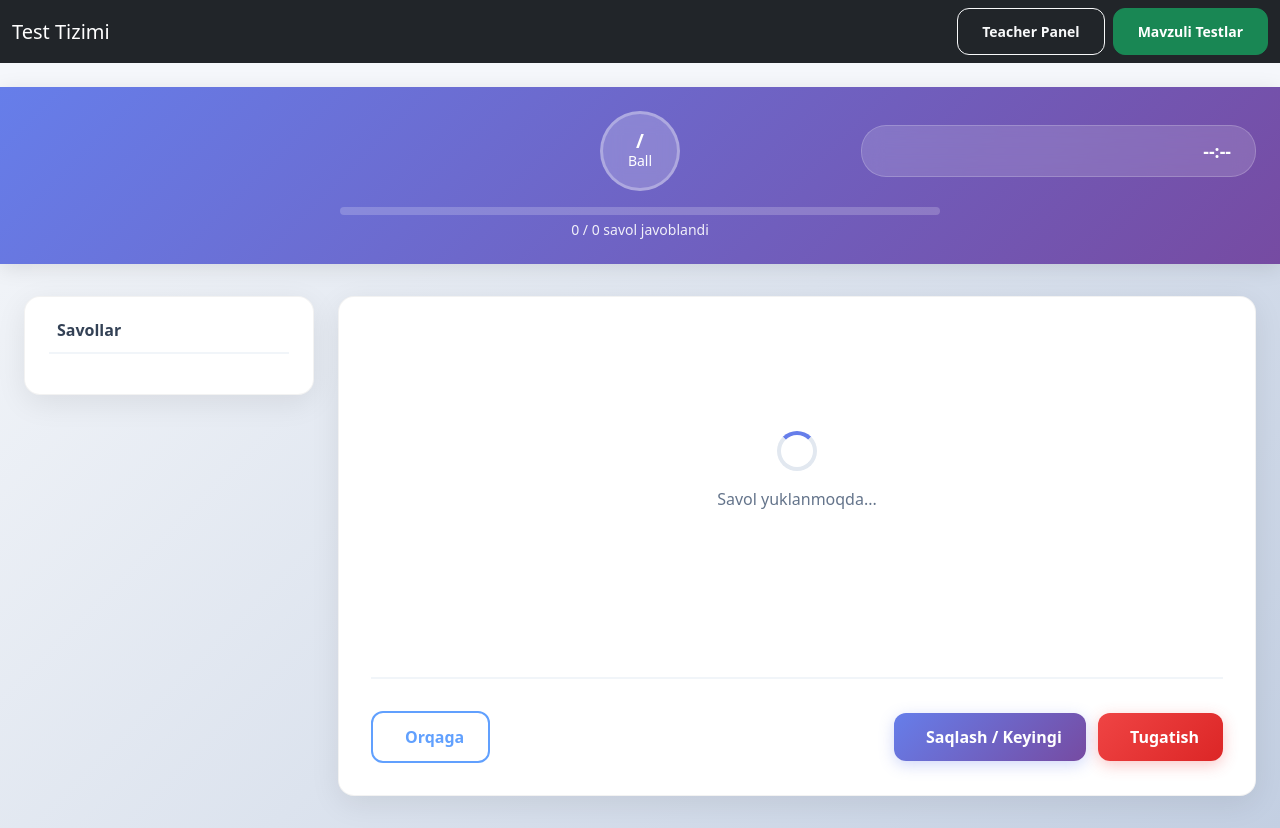
Repository: Shaxobiddin-Github/KatDPI_test
Page: backend/main/templates/topic_panel/test_run.html
These files come from the project's save history. The page is drawn as it stood at one moment and after the next save; the edit follows.
The browser window is 1280 px wide. The pictures show the whole page.
The template is drawn by Django 5.2. The application's start-up code is not run. The template is opened directly, without the code that normally fills it, so the values that code supplies are empty.

Above is the page before, as saved 2025-09-27 09:08:16.
Console error: SyntaxError: Unexpected token ';'

After the next save:
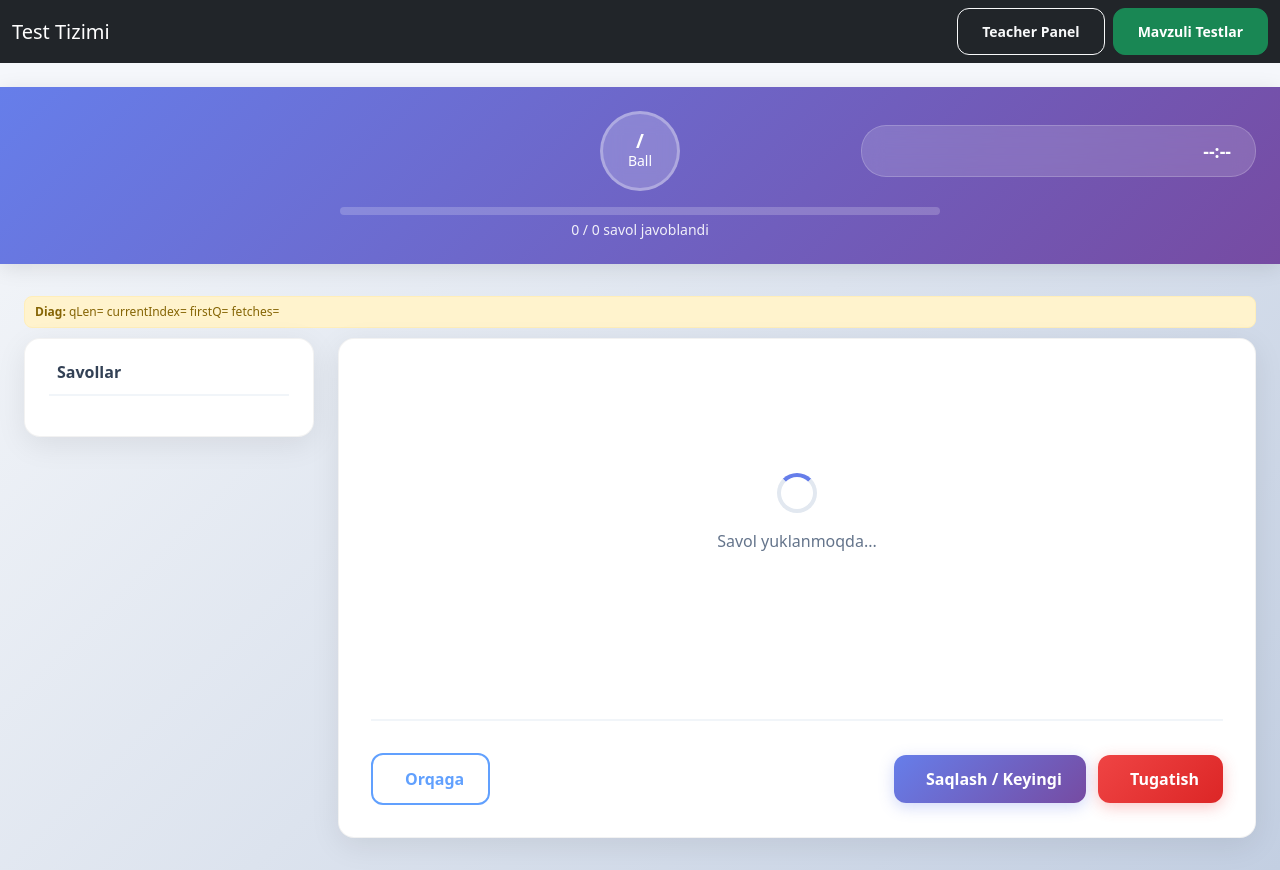
Saved 6 min 40 s later.
--- a/backend/main/templates/topic_panel/test_run.html
+++ b/backend/main/templates/topic_panel/test_run.html
@@ -43,6 +43,9 @@
   <!-- Main Content -->
   <div class="test-content">
     <div class="container-fluid px-4">
+      <div id="diagPanel" style="background:#fff3cd;border:1px solid #ffeeba;padding:6px 10px;border-radius:8px;font-size:12px;margin-bottom:10px;color:#856404">
+        <b>Diag:</b> qLen=<span id="dQLen"></span> currentIndex=<span id="dIdx"></span> firstQ=<span id="dFirst"></span> fetches=<span id="dFetch"></span>
+      </div>
       <div class="row">
         <!-- Question Navigation -->
         <div class="col-lg-3 mb-4">
@@ -546,6 +549,10 @@ const totalDuration = parseInt(appEl.dataset.duration || '0'); // initial remain
 const testCompleted = {{ student_test.completed|yesno:'true,false' }};
 const questionIds = {{ student_test.randomized_question_ids|safe }};
 console.log('DEBUG questionIds length=', questionIds.length, 'ids=', questionIds);
+document.addEventListener('DOMContentLoaded', ()=>{
+  document.getElementById('dQLen').textContent = questionIds.length;
+  document.getElementById('dFirst').textContent = questionIds[0];
+});
 let currentIndex = 0;
 let answersCache = {}; // {questionId: [optionIds]}
 let timerInterval;
@@ -601,9 +608,11 @@ function updateProgress(){
 
 async function loadQuestion(){
   console.log('DEBUG loadQuestion() start index=', currentIndex);
+  document.getElementById('dIdx').textContent = currentIndex;
   const wrap = document.getElementById('questionsWrap');
   try {
   console.log('DEBUG fetching question', qid);
+  document.getElementById('dFetch').textContent += (document.getElementById('dFetch').textContent? ',':'')+qid;
   const resp = await fetch('/api/topic-panel/question/' + qid + '/');
     if(!resp.ok){
       let detail = '';
